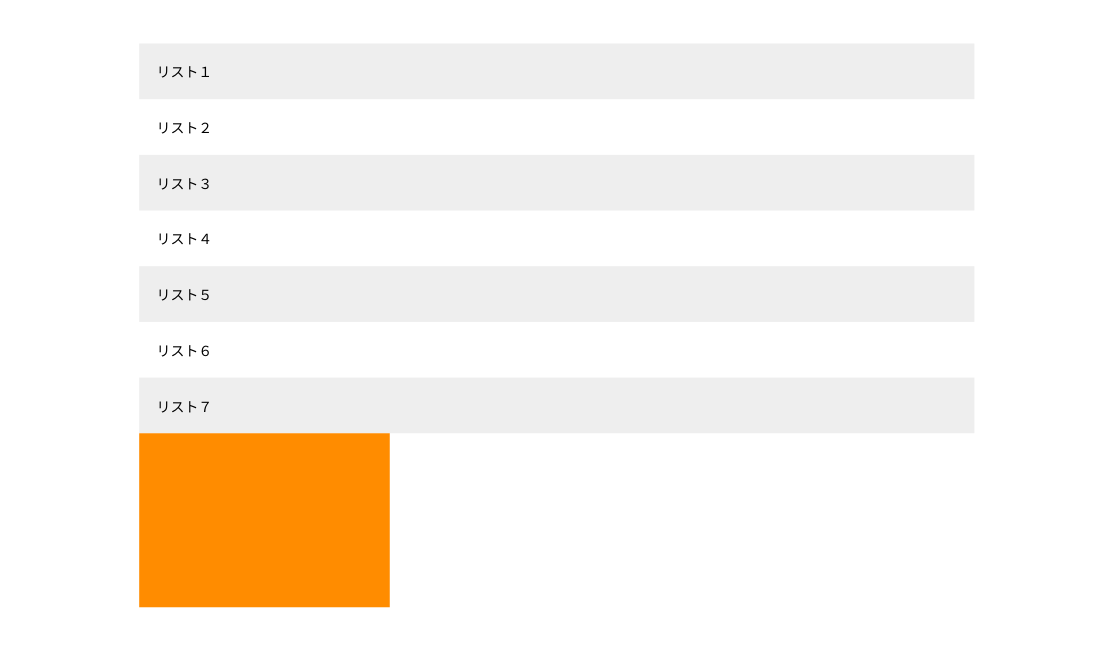
Repository: zero-0017/git-practice
Page: chapter8/webcamp.html
The author's editor kept a record of every edit. The page is drawn from the files as they stood at one moment, then again after the next edit.
The browser window is 1280 px wide. The pictures show the whole page, at 87% of full size.

Above is the page before.

After the next edit:
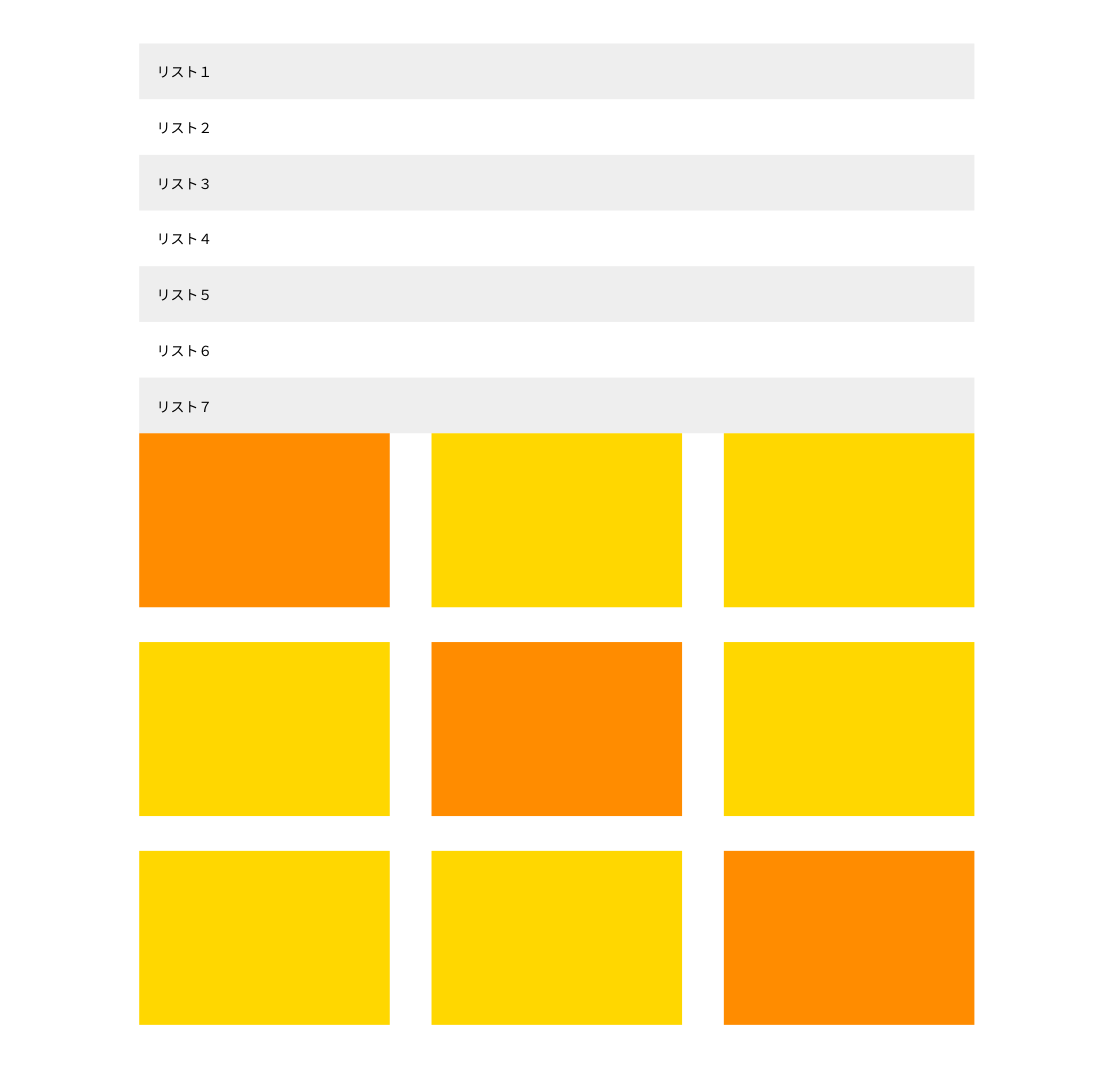
The edit:
--- a/chapter8/webcamp.html
+++ b/chapter8/webcamp.html
@@ -20,14 +20,14 @@
 
     <div class="box-list">
       <div class="box"></div>
-
-
-
-
-
-
-
-
+      <div class="box"></div>
+      <div class="box"></div>
+      <div class="box"></div>
+      <div class="box"></div>
+      <div class="box"></div>
+      <div class="box"></div>
+      <div class="box"></div>
+      <div class="box"></div>
     </div>
   </main>
   </body>
